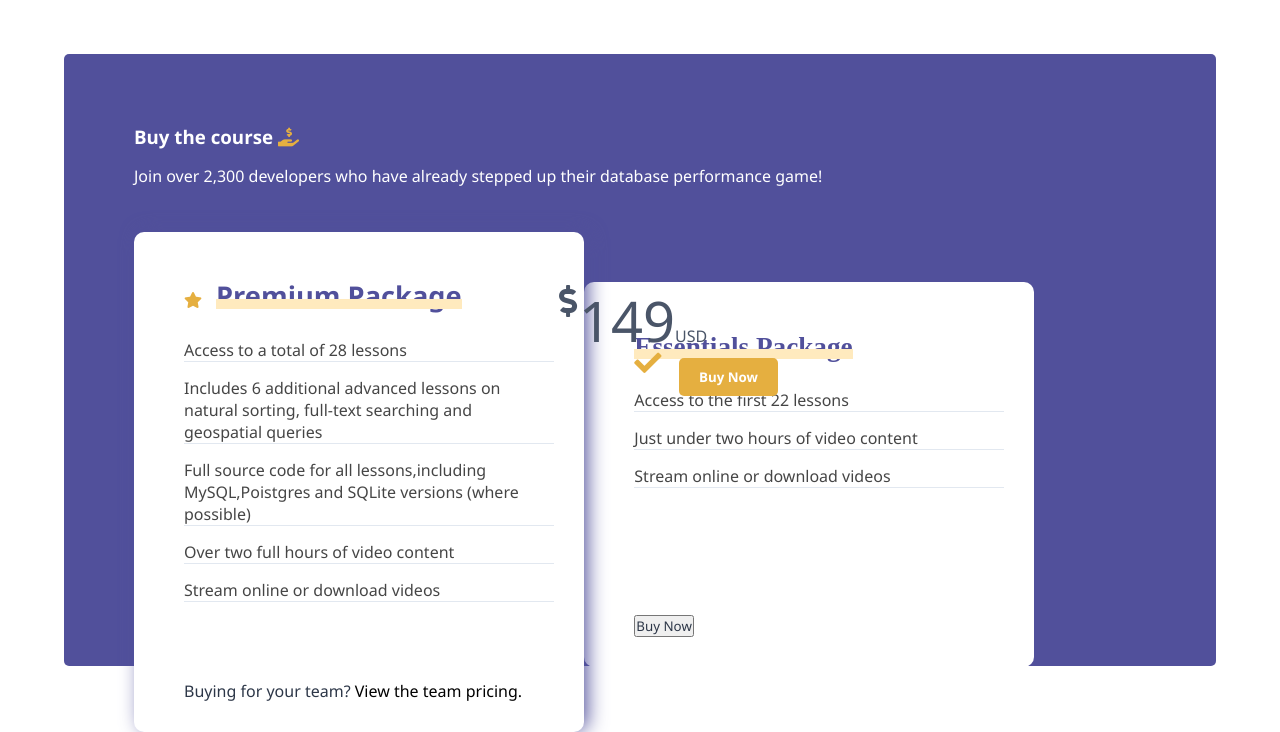
Repository: Z-ayat/Challenges
Page: Challenge 4/index.html
The author's editor kept a copy of each file at every save. The page is drawn from the files as they stood at one save, then again after the next save.
The browser window is 1280 px wide. The pictures show the whole page.
Some web libraries are served in a nearby version.

Above is the page before, as saved 2021-09-07 02:59:26.

After the next save:
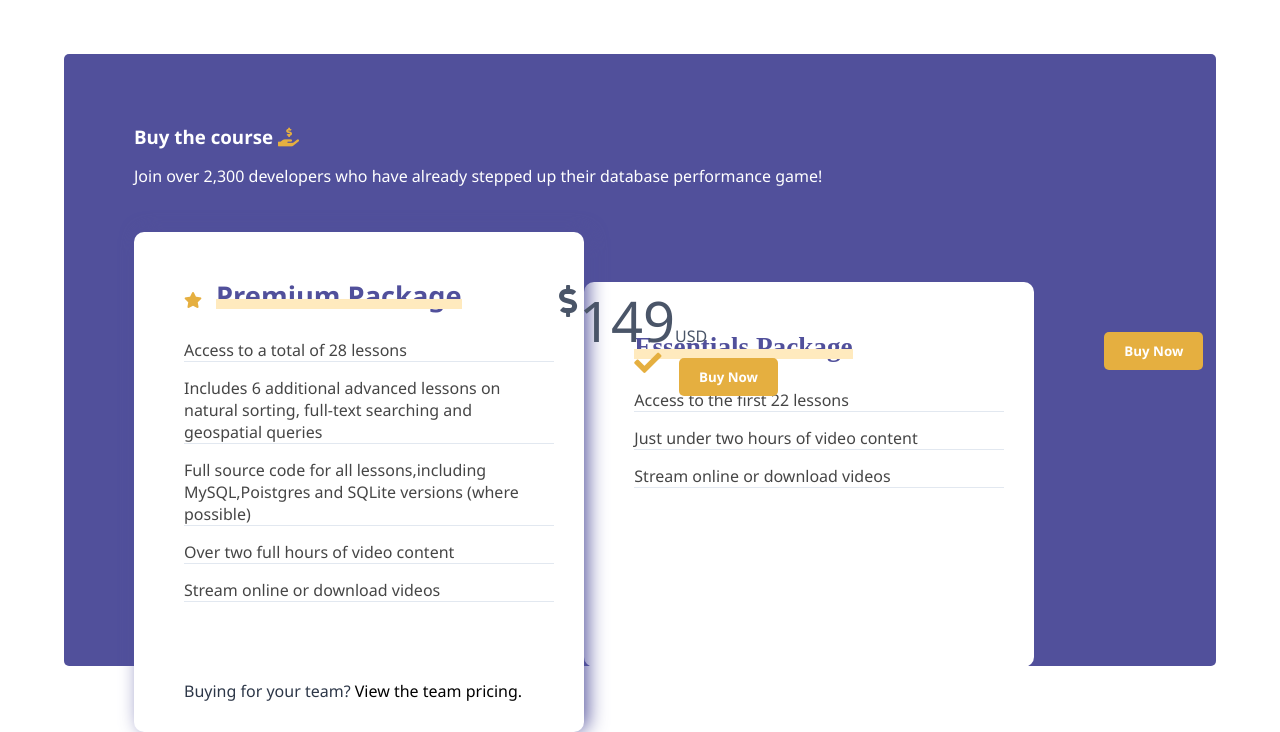
Saved 9 s later.
--- a/Challenge 4/index.html
+++ b/Challenge 4/index.html
@@ -40,7 +40,7 @@
                 <p class="price">99
                     <p class="usd">USD</p>
                 </p>
-                <button class="buyalign">Buy Now</button>
+                <button class="btn">Buy Now</button>
             </div>
         </div>
 </body>
